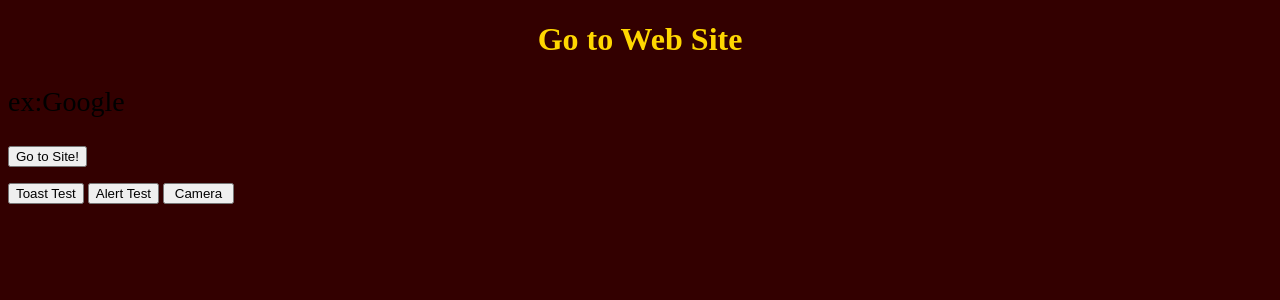
Repository: kenshiryu7/mdv-projects
Page: MDF3/project_4/Project4/assets/index.html
The author's editor kept a copy of each file at every save. The page is drawn from the files as they stood at one save, then again after the next save.
The browser window is 1280 px wide. The pictures show the whole page.

Above is the page before, as saved 2013-02-28 19:10:51.

### MDF3/project_4/Project4/assets/index.html
<!DOCTYPE html>
<html>
	<head>
	<meta http-equiv="Content-Type" content="text/html; charset=UTF-8">

	<title>The HTML Stuff</title>
	</head>


	<body>
	<h1 id="title">Go to Web Site</h1>
	<p id="mytext">ex:Google</p>



	<input type="button" value="Go to Site!" onclick="openWeb()"/>

	<p>
	<input type="button" value="Toast Test" onclick="showAndroidToast('I just wanted to tell the world that....I Like it Toasty!!!')"/>

	<input type="button" value="Alert Test" onclick="doAlert()"/>

	<input type="button" value=" Camera " onclick="openCamera()"/>
	</p>
	</body>



		<script type="text/javascript">

			function openWeb() {
				//document.getElementById("mytext").innerHTML = actualData;
				Android.openWebSite();
			};

			function showAndroidToast(toast) {
			//document.getElementById("mytext").innerHTML = "toast";
				Android.showToast(toast);

			};

			function doAlert(){
				Android.startAlert();
			};

			function openCamera(){
				Android.openTheCamera();
			};


			function callFromActivity(message) {
				document.getElementById("mytext").innerHTML = message;
			};



		</script>
		<style type ="text/css">
			body{
				background-color:#330000}

			h1{
				text-align:center}

			#title{
				color:#FFD700;
				font-weight:bolder}

			#mytext{
				color:#FFD700
				text-align:center;
				font-weight:lighter;
				font-size:175%}

		</style>
</html>

After the next save:
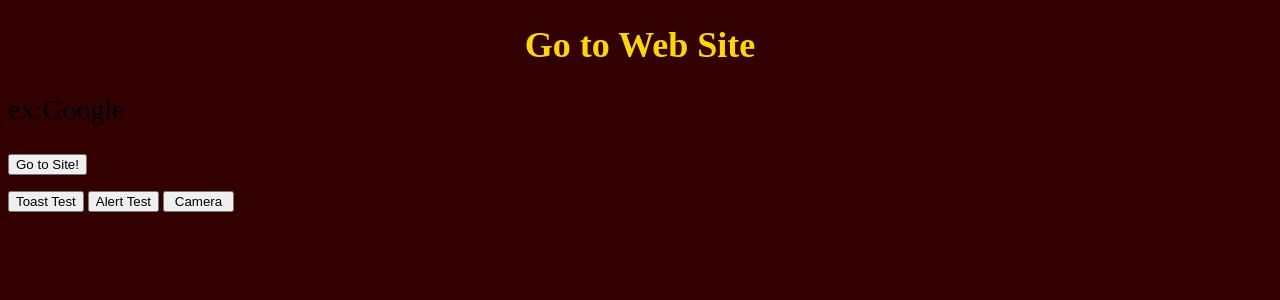
Saved 22 s later.
--- a/MDF3/project_4/Project4/assets/index.html
+++ b/MDF3/project_4/Project4/assets/index.html
@@ -60,6 +60,7 @@
 				background-color:#330000}
 
 			h1{
+				font-size:225%;
 				text-align:center}
 
 			#title{
